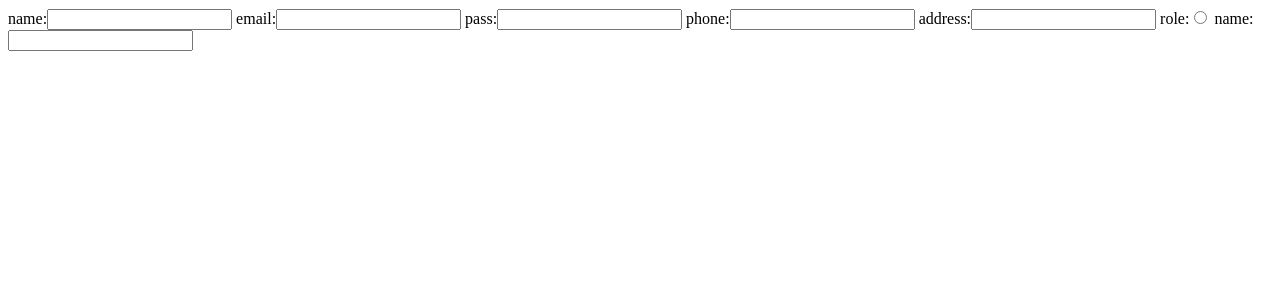
Repository: Ganesh9986320435/AllProjectsFromYestYantra
Page: http://localhost/mcdonaldsprojectjsp/signin.jsp
These files come from the project's save history. The page is drawn as it stood at one moment and after the next save; the edit follows.
The browser window is 1280 px wide. The pictures show the whole page.
The page is served by Tomcat 9.

Above is the page before, as saved 2023-01-31 10:44:33.

After the next save:
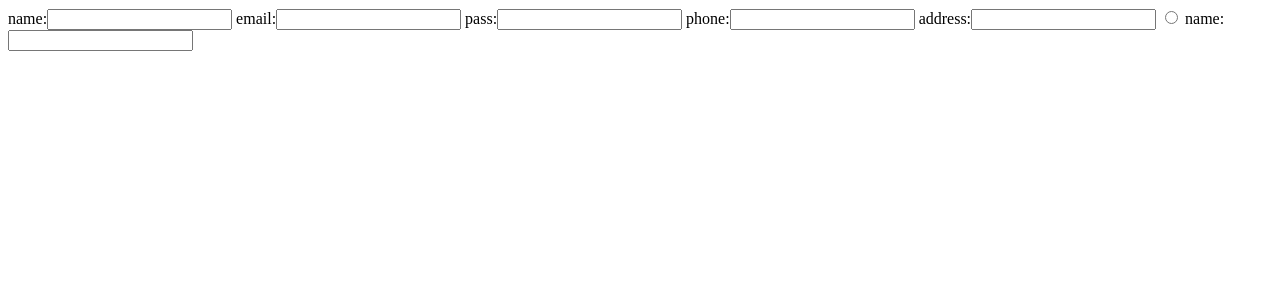
Saved 5 s later.
--- a/mcdonaldsprojectjsp/src/main/webapp/signin.jsp
+++ b/mcdonaldsprojectjsp/src/main/webapp/signin.jsp
@@ -14,7 +14,7 @@ pass:<input type="text" name="pass">
 phone:<input type="text" name="phone">
 address:<input type="text" name="address">
 <label for="role"></label>
-role:<input type="radio" name="role">
+<input type="radio" name="role">
 name:<input type="text" name="name">
 
 
